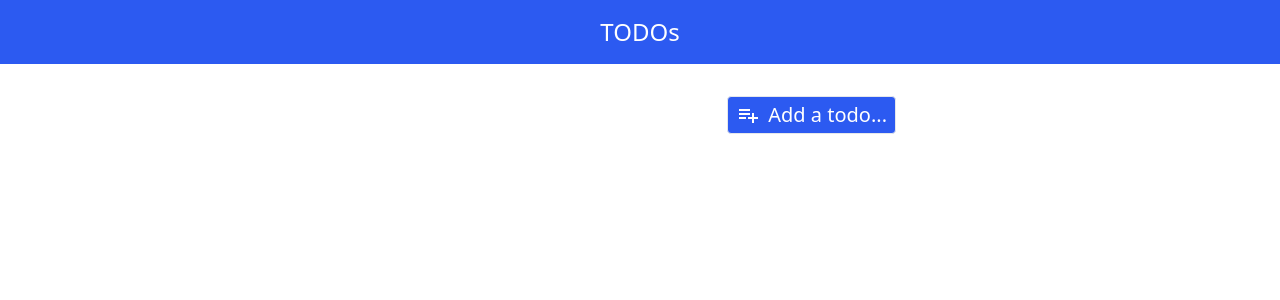
Repository: Jay-JYKim91/wanted-pre-onboarding-challenge-fe-1
Page: /
An editor plug-in stored every save of this project. The page is shown before and after a run of saves, followed by the edit.
The browser window is 1280 px wide. The pictures show the whole page.
The page's requests for data from a server got no answer. The project was rebuilt for these pictures with package versions that can differ from the ones it lists, and the page was loaded fresh each time. No one was signed in, and anything a server would have sent is missing. Also part of the build but not shown: src/page/Auth.tsx.

Above is the page before, as saved 2022-08-02 15:07:47.

### src/index.tsx
import React from "react"
import ReactDOM from "react-dom/client"
import "./index.css"
import App from "./App"
import { BrowserRouter } from "react-router-dom"

const root = ReactDOM.createRoot(document.getElementById("root") as HTMLElement)
root.render(
  <React.StrictMode>
    <BrowserRouter>
      <App />
    </BrowserRouter>
  </React.StrictMode>
)

### src/App.tsx
import React, { useEffect, useState } from "react"
import { Route, Routes, useNavigate } from "react-router-dom"
import Auth from "./page/Auth"
import Main from "./page/Main"

// type UserToken = {
//   userToken: string | null
// }

function App() {
  const navigate = useNavigate()
  const userToken = window.localStorage.getItem("userToken")
  const [todos, setTodos] = useState([])

  useEffect(() => {
    if (userToken === "") {
      window.alert("Please login first.")
      navigate("/auth")
    } else {
      fetch("http://localhost:8080/todos", {
        method: "GET",
        headers: { Authorization: userToken! },
      })
        .then((response) => response.json())
        .then((res) => {
          setTodos(res.data)
        })
    }
  }, [])

  return (
    <div className="App">
      <header className="bg-primary-900 text-white text-center py-4 text-2xl">
        <span>TODOs</span>
      </header>
      <Routes>
        <Route path="/" element={<Main todos={todos} />} />
        <Route path="/auth" element={<Auth />} />
      </Routes>
    </div>
  )
}

export default App

### src/page/Main.tsx
import React, { useState } from "react"
import { MdPlaylistAdd, MdLibraryAdd } from "react-icons/md"

type Props = {
  todos: TodoProps[]
}

type DisplayForm = "open" | "close"

type TodoProps = {
  title: string
  content: string
  id: string
  createdAt: string
  updatedAt: string
}

function Main({ todos }: Props) {
  console.log(todos)
  const [titleInput, setTitleInput] = useState("")
  const [contentInput, setContentInput] = useState("")

  function handleTodoAddForm(displayForm: DisplayForm) {
    const btn = document.getElementById("addTodoBtn")
    const form = document.getElementById("addTodoForm")

    if (displayForm === "open") {
      btn!.style.display = "none"
      form!.style.display = "block"
    } else {
      btn!.style.display = "flex"
      form!.style.display = "none"
    }
  }

  function handleAddTodo(event: React.FormEvent<HTMLFormElement>) {
    event.preventDefault()

    const userToken = window.localStorage.getItem("userToken")
    const data = {
      title: titleInput,
      content: contentInput,
    }

    fetch("http://localhost:8080/todos", {
      method: "POST",
      headers: {
        "Content-Type": "application/json",
        Authorization: userToken!,
      },
      body: JSON.stringify(data),
    })
      .then((response) => response.json())
      .then((res) => {
        if (res.data) {
          setTitleInput("")
          setContentInput("")
          handleTodoAddForm("close")
        }
      })
  }

  return (
    <div className="max-w-xs md:max-w-lg mx-auto my-8">
      <button
        id="addTodoBtn"
        type="button"
        className="flex items-center border rounded bg-primary-900 text-white px-2 py-1 w-fit float-right"
        onClick={() => handleTodoAddForm("open")}
      >
        <MdPlaylistAdd className="mr-2 text-2xl" />
        <span className="text-xl">Add a todo...</span>
      </button>

      <form
        className="my-4 hidden"
        id="addTodoForm"
        onSubmit={(event) => handleAddTodo(event)}
      >
        <div className="flex flex-col mb-2">
          <label htmlFor="titleInput">Title</label>
          <input
            type="text"
            id="titleInput"
            required
            onChange={(event) => setTitleInput(event.target.value)}
            className="border rounded"
          />
        </div>
        <div className="flex flex-col mb-2">
          <label htmlFor="contentInput">Content</label>
          <textarea
            name="contentInput"
            id="contentInput"
            cols={30}
            rows={3}
            onChange={(event) => setContentInput(event.target.value)}
            className="border rounded"
          ></textarea>
        </div>
        <button
          type="submit"
          className="p-2 my-4 float-right flex items-center rounded bg-primary-900 text-white shadow-lg"
        >
          <MdLibraryAdd className="mr-2" />
          <span>Add a todo</span>
        </button>
      </form>
      <ul>
        {todos.map((todo: TodoProps) => {
          return <li>{todo.title}</li>
        })}
      </ul>
    </div>
  )
}

export default Main

### tailwind.config.js
/** @type {import('tailwindcss').Config} */
module.exports = {
  content: [
    "./src/**/*.{js,jsx,ts,tsx}",
  ],
  theme: {
    extend: {
      colors: {
        'primary': {
          100: '#47dfbc',
          500: '#428afe',
          900: '#2c5af1',
        }
      },
    },
  },
  plugins: [],
}

Loaded but not shown: public/index.html (common file); src/index.css (common file)

After the next 2 saves:
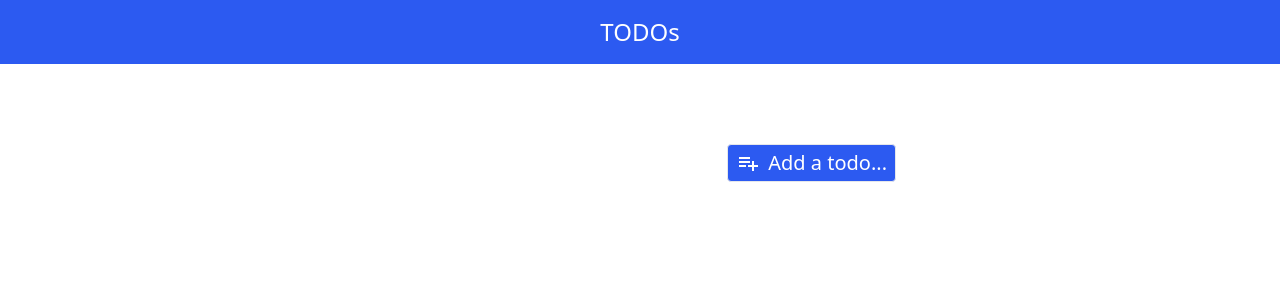
The 2 saves are shown as one change because they came seconds apart.
The last was saved 34 s later.
--- a/src/page/Main.tsx
+++ b/src/page/Main.tsx
@@ -106,6 +106,7 @@
           <span>Add a todo</span>
         </button>
       </form>
+      <div className="mt-20"></div>
       <ul>
         {todos.map((todo: TodoProps) => {
           return <li>{todo.title}</li>

After the 2 saves that followed:
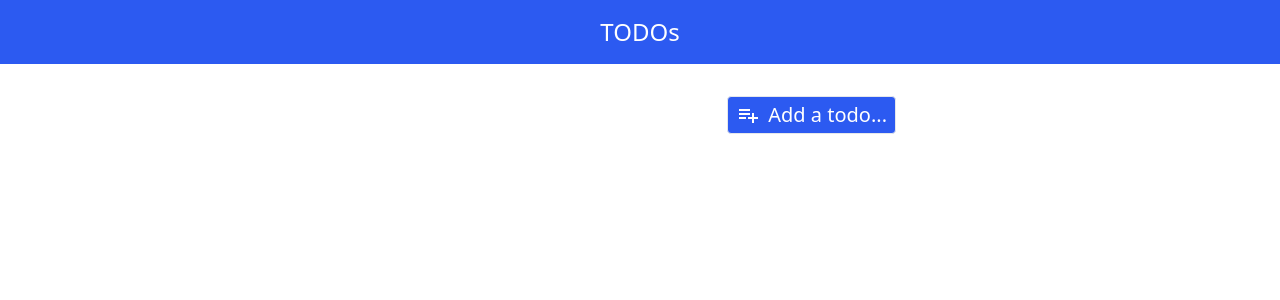
The 2 saves are shown as one change because 1 left the picture as it was.
The last was saved 34 s later.
--- a/src/page/Main.tsx
+++ b/src/page/Main.tsx
@@ -106,12 +106,13 @@
           <span>Add a todo</span>
         </button>
       </form>
-      <div className="mt-20"></div>
-      <ul>
-        {todos.map((todo: TodoProps) => {
-          return <li>{todo.title}</li>
-        })}
-      </ul>
+      <div className="pt-20">
+        <ul>
+          {todos.map((todo: TodoProps) => {
+            return <li>{todo.title}</li>
+          })}
+        </ul>
+      </div>
     </div>
   )
 }
